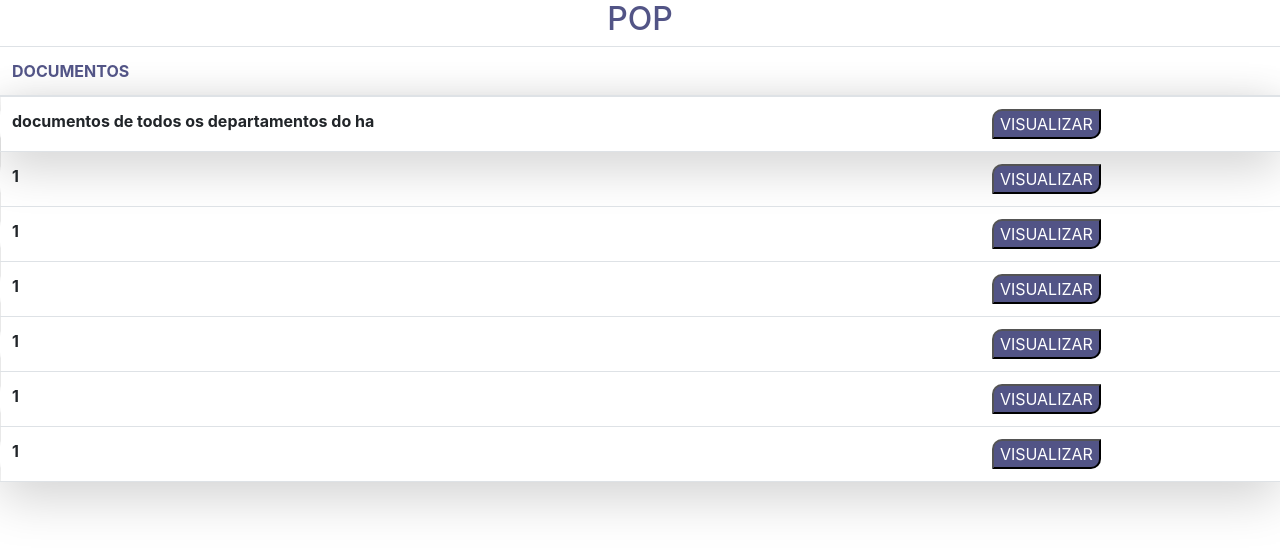
Repository: Leandromarim/INTRANET_PARTICULAR
Page: pop.html
These files come from the project's save history. The page is drawn as it stood at one moment and after the next save; the edit follows.
The browser window is 1280 px wide. The pictures show the whole page.

Above is the page before, as saved 2021-12-17 10:14:27.
Not found: ajax.js

After the next save:
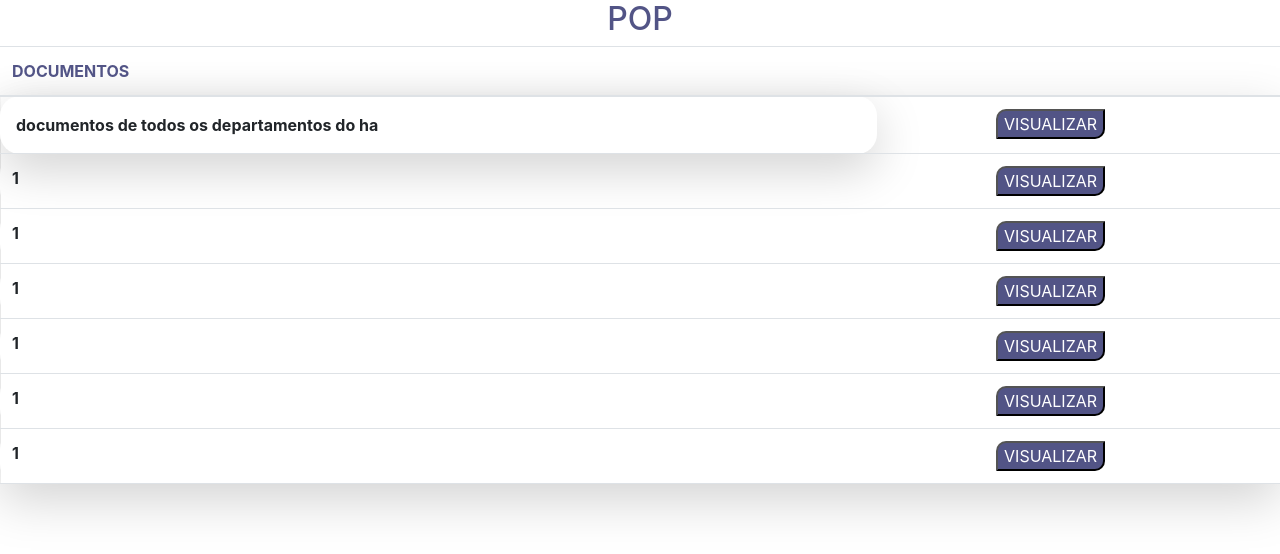
Saved 18 s later.
--- a/pop.html
+++ b/pop.html
@@ -35,8 +35,8 @@
                 </tr>
             </thead>
             <tbody class="shadow-sm shadow-lg p-3 mb-5 bg-white">
-                <tr class="shadow-sm shadow-lg p-3 mb-5 bg-white">
-                    <th>documentos de todos os departamentos do ha</th>
+                <tr>
+                    <th class="shadow-sm shadow-lg p-3 mb-5 bg-white">documentos de todos os departamentos do ha</th>
                     <td></td>
                     <td></td>
                     <td><a href="#"><button type="button" class="btn-visualizar">VISUALIZAR</button></a></td>
